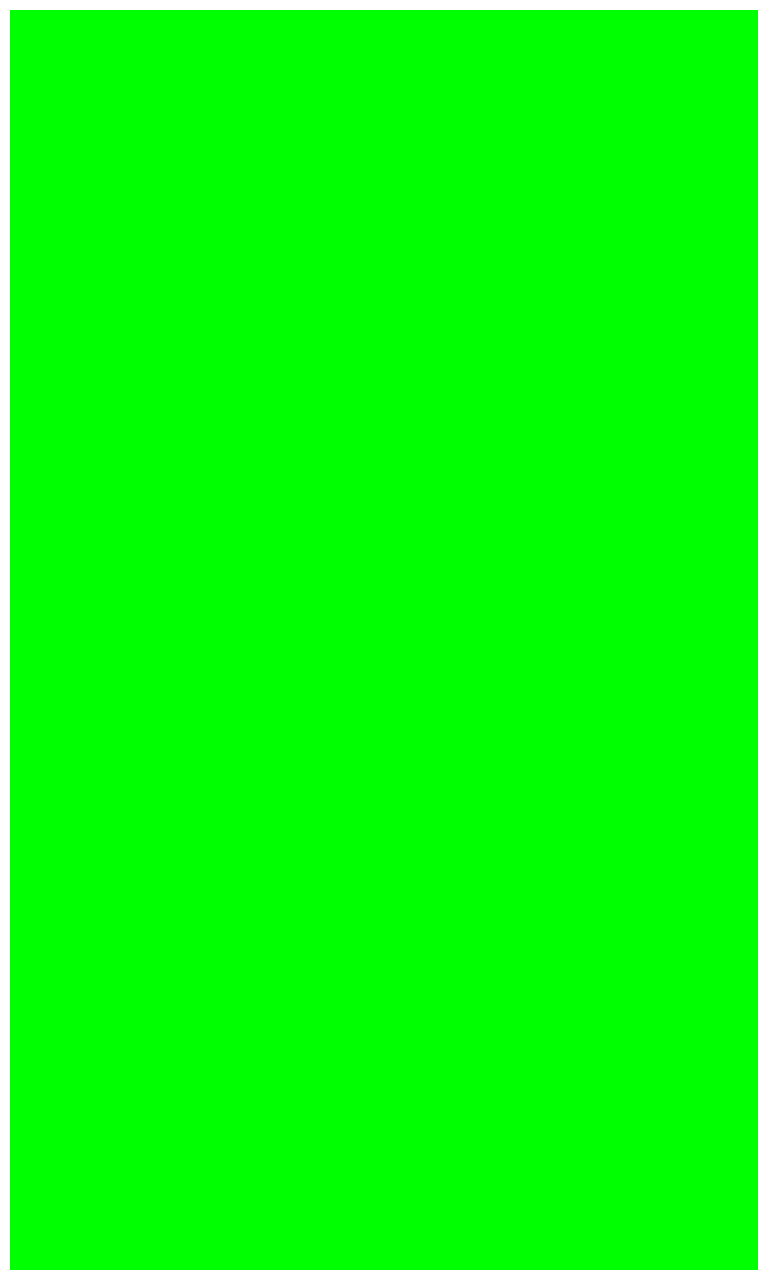
Repository: gyshankar/android
Layout: Test4/res/layout/activity_main.xml
An editor plug-in stored every save of this project. The layout is shown before and after the next save, followed by the edit.
It is drawn on a 768 x 1280 px phone screen (xhdpi) without system bars, with theme AppTheme; the app's code is not run. Lists and similar views that code fills are empty.

Above is the layout before, as saved 2014-04-20 04:51:33.

After the next save:
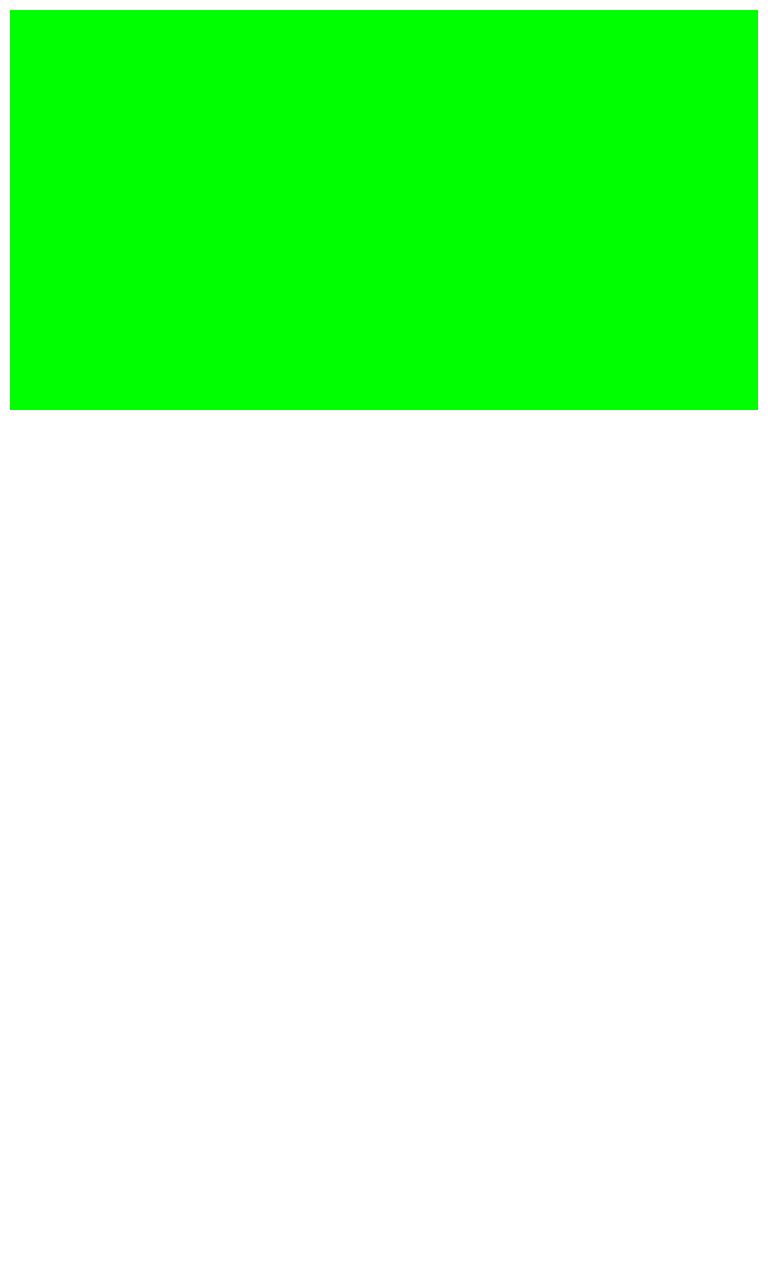
Saved 23 min 25 s later.
--- a/Test4/res/layout/activity_main.xml
+++ b/Test4/res/layout/activity_main.xml
@@ -12,7 +12,7 @@
 	    android:background="@color/blue"
 	    android:stretchMode="columnWidth"
 	    android:layout_width="fill_parent"
-	    android:layout_height="fill_parent"
+	    android:layout_height="200dp"
 	    android:horizontalSpacing="5dp"
 	    android:verticalSpacing="5dp"
 	    android:layout_margin="5dp">
